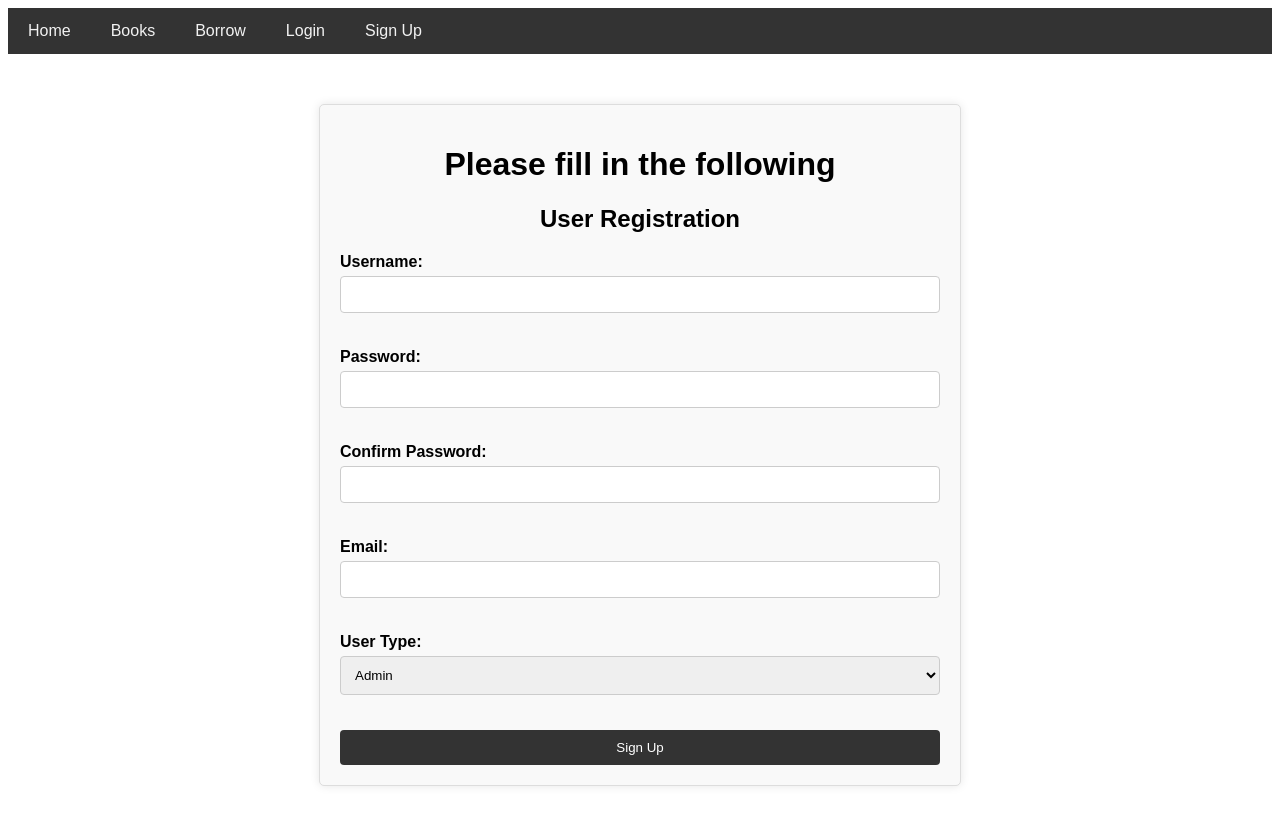
Repository: fadyesk12/Web-Technology-Course-Project
Page: auth/signup.html
The author's editor kept a copy of each file at every save. The page is drawn from the files as they stood at one save, then again after the next save.
The browser window is 1280 px wide. The pictures show the whole page.

Above is the page before, as saved 2024-04-19 02:36:08.

### auth/signup.html
<!DOCTYPE html>
<html>
<head>
  <title>User Registration</title>
  <link rel="stylesheet" href="../Styling/signup.css">
</head>
<body>


  <div id="navbar">
    <a href="../index.html">Home</a>
    <a href="../book_list.html">Books</a>
    <a href="../borrow.html">Borrow</a>
    <a href="../auth/login.html">Login</a>
    <a href="../auth/signup.html">Sign Up</a>
  </div>

  <div class="container">
    <h1>Please fill in the following</h1>
    <h2>User Registration</h2>

    <form>
      <div class="form-group">
        <label for="username">Username:</label>
        <input type="text" id="username" name="username" required>
      </div>
      <div class="form-group">
        <label for="password">Password:</label>
        <input type="password" id="password" name="password" required>
      </div>
      <div class="form-group">
        <label for="confirmPassword">Confirm Password:</label>
        <input type="password" id="confirmPassword" name="confirmPassword" required>
      </div>
      <div class="form-group">
        <label for="email">Email:</label>
        <input type="email" id="email" name="email" required>
      </div>
      <div class="form-group">
        <label for="usertype">User Type:</label>
        <select id="usertype" name="usertype" required>
            <option value="admin">Admin</option>
            <option value="user">User</option>
        </select>
      </div>
        <input type="submit" value="Sign Up">
    </form>
  </div>
</body>
</html>

### Styling/signup.css
#navbar {
    overflow: hidden;
    background-color: #333;
  }

  #navbar a {
    float: left;
    display: block;
    color: #f2f2f2;
    text-align: center;
    padding: 14px 20px;
    text-decoration: none;
  }

  #navbar a:hover {
    background-color: #ddd;
    color: black;
  }

  body {
    font-family: Arial, sans-serif;
  }

  .container {
    max-width: 600px;
    margin: 50px auto;
    padding: 20px;
    border: 1px solid #ddd;
    border-radius: 5px;
    background-color: #f9f9f9;
    box-shadow: 0 0 10px rgba(0, 0, 0, 0.1);
  }

  .form-group {
    margin-bottom: 20px;
  }

  label {
    display: block;
    font-weight: bold;
    margin-bottom: 5px;
  }

  h1, h2 {
    text-align: center;
  }

  form {
    margin-top: 20px;
  }


  input[type="text"],
  input[type="password"],
  input[type="email"],
  select {
    width: 100%;
    padding: 10px;
    margin-bottom: 15px;
    border: 1px solid #ccc;
    border-radius: 4px;
    box-sizing: border-box;
  }

  input[type="submit"] {
    width: 100%;
    background-color: #333;
    color: #fff;
    padding: 10px;
    border: none;
    border-radius: 4px;
    cursor: pointer;
  }

  input[type="submit"]:hover {
    background-color: #555;
  }

After the next save:
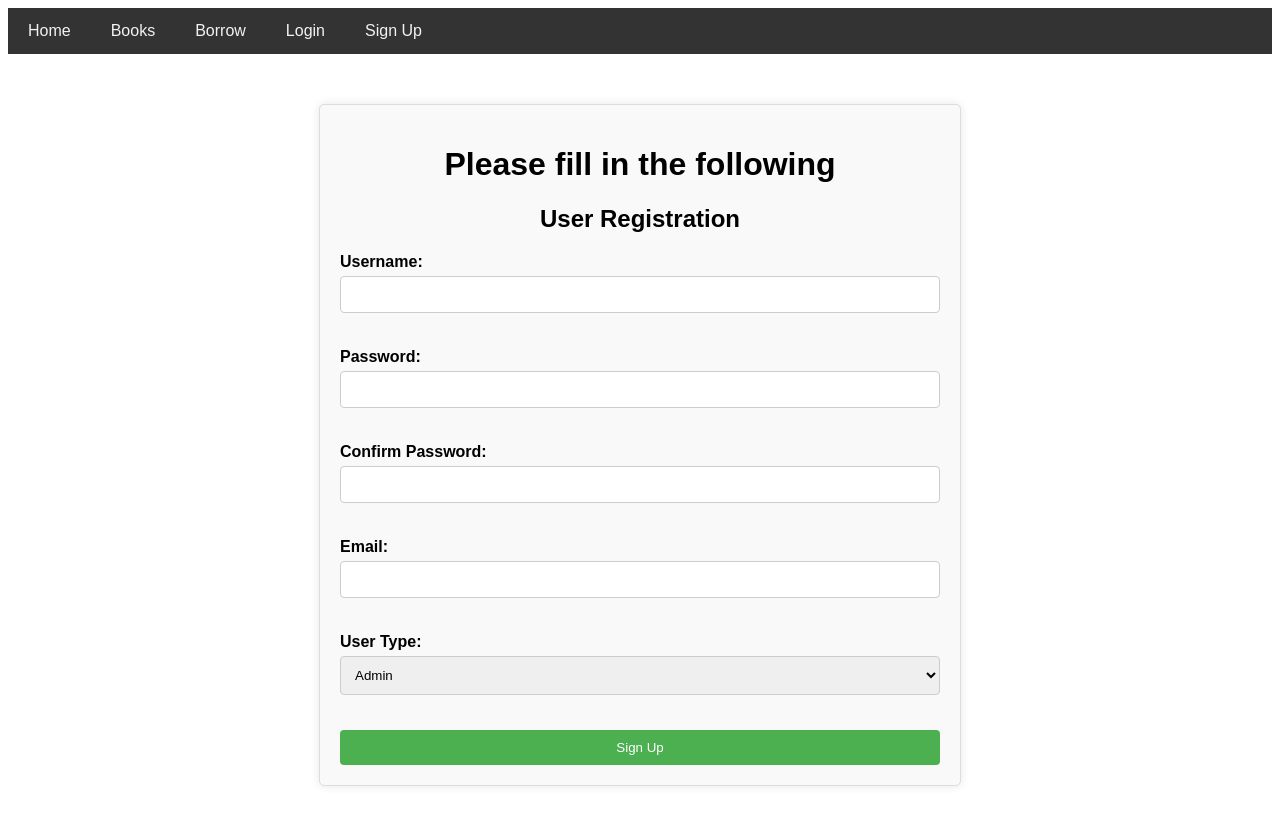
Saved 7 s later.
--- a/Styling/signup.css
+++ b/Styling/signup.css
@@ -64,7 +64,7 @@
 
   input[type="submit"] {
     width: 100%;
-    background-color: #333;
+    background-color: #4CAF50;
     color: #fff;
     padding: 10px;
     border: none;
